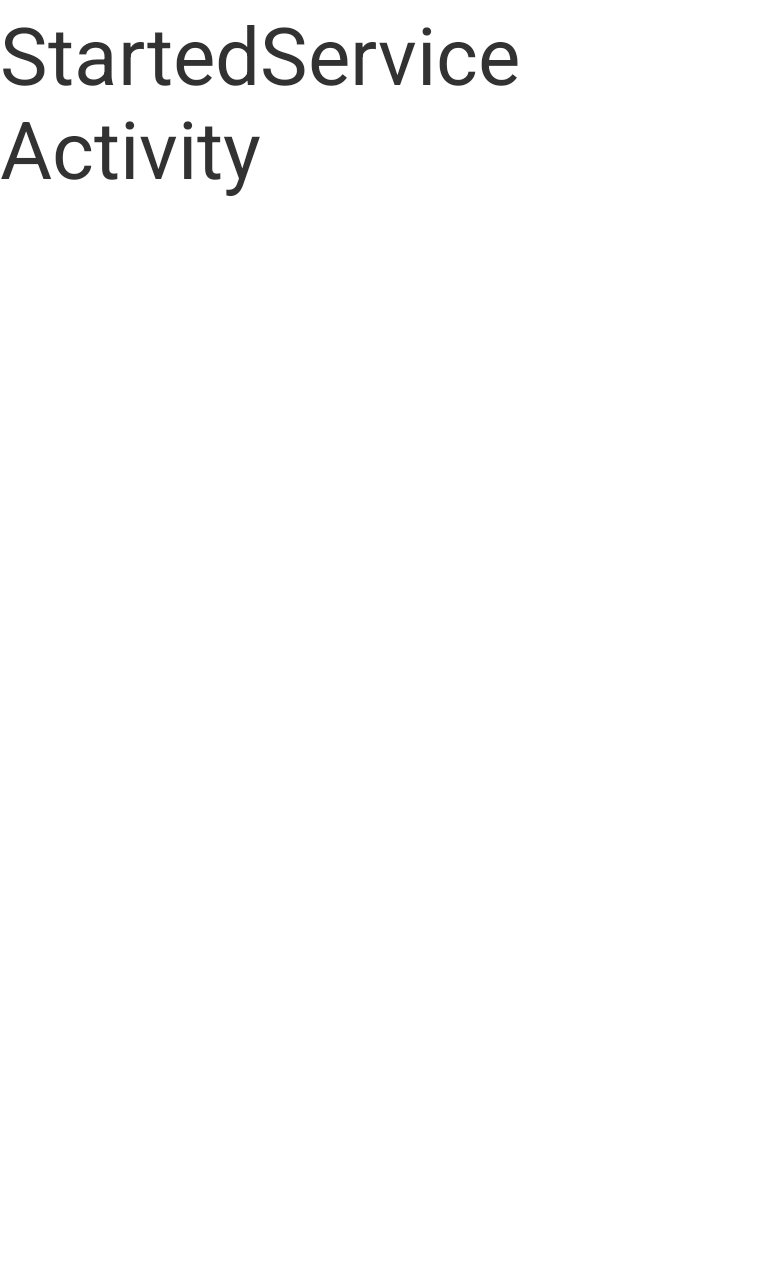
Repository: CiLiNet-Android/courseware
Layout: Android基本组件/Service/SourceCodes/ServiceDemo/res/layout/activity_otherstartedservice.xml
An editor plug-in stored every save of this project. The layout is shown before and after the next save, followed by the edit.
It is drawn on a 768 x 1280 px phone screen (xhdpi) without system bars, with theme AppTheme; the app's code is not run.

Above is the layout before, as saved 2013-11-30 11:09:30.

### Android基本组件/Service/SourceCodes/ServiceDemo/res/layout/activity_otherstartedservice.xml
<?xml version="1.0" encoding="utf-8"?>
<LinearLayout xmlns:android="http://schemas.android.com/apk/res/android"
    android:layout_width="match_parent"
    android:layout_height="match_parent"
    android:orientation="vertical" >

    <TextView
        android:layout_width="match_parent"
        android:layout_height="wrap_content"
        android:text="@string/startedServiceActivity"
        android:textSize="40sp"/>


</LinearLayout>

### Android基本组件/Service/SourceCodes/ServiceDemo/res/values/strings.xml
<resources>

    <string name="app_name">Service Demo</string>

    <string name="startedServiceActivity">StartedService Activity</string>

</resources>

Loaded but not shown: Android基本组件/Service/SourceCodes/ServiceDemo/res/values/styles.xml (common file); Android基本组件/Service/SourceCodes/ServiceDemo/res/values-v11/styles.xml (common file); Android基本组件/Service/SourceCodes/ServiceDemo/res/values-v14/styles.xml (common file)

After the next save:
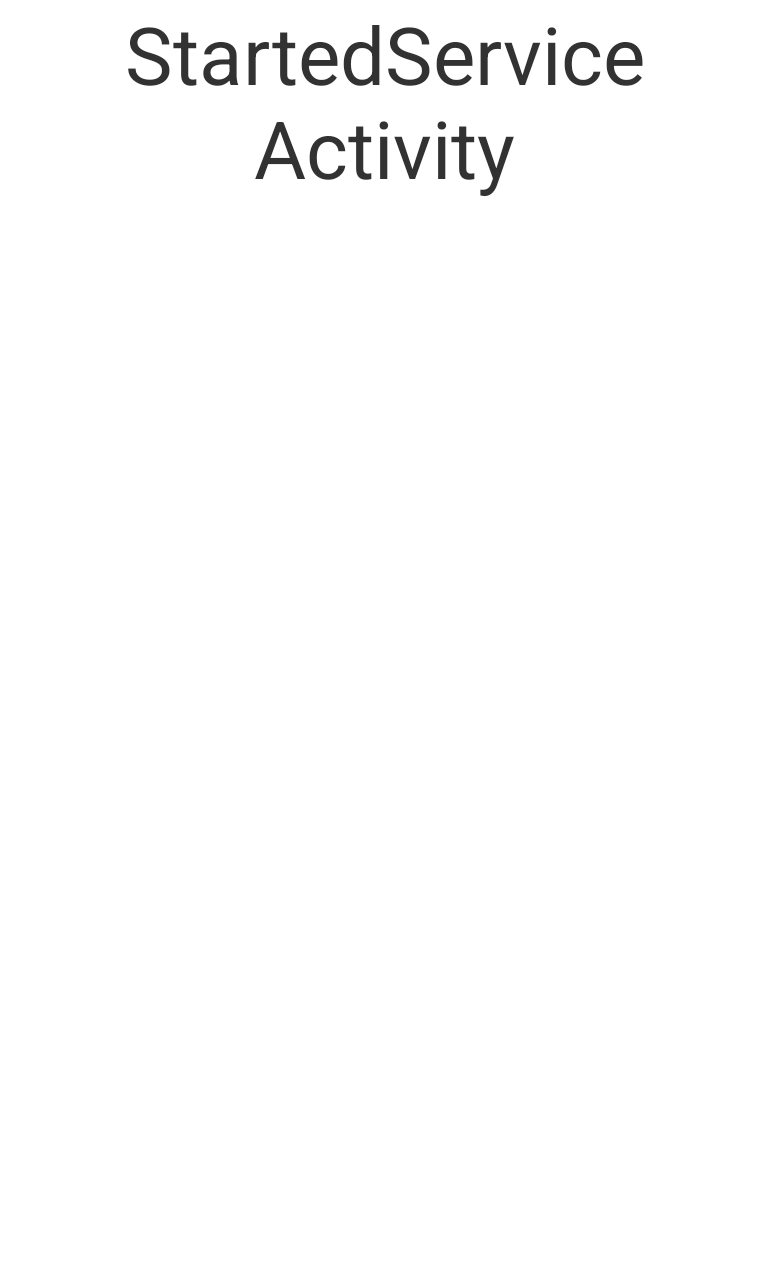
Saved 15 s later.
--- a/Android基本组件/Service/SourceCodes/ServiceDemo/res/layout/activity_otherstartedservice.xml
+++ b/Android基本组件/Service/SourceCodes/ServiceDemo/res/layout/activity_otherstartedservice.xml
@@ -8,7 +8,8 @@
         android:layout_width="match_parent"
         android:layout_height="wrap_content"
         android:text="@string/startedServiceActivity"
-        android:textSize="40sp"/>
+        android:textSize="40sp"
+        android:gravity="center_horizontal"/>
 
 
 </LinearLayout>
